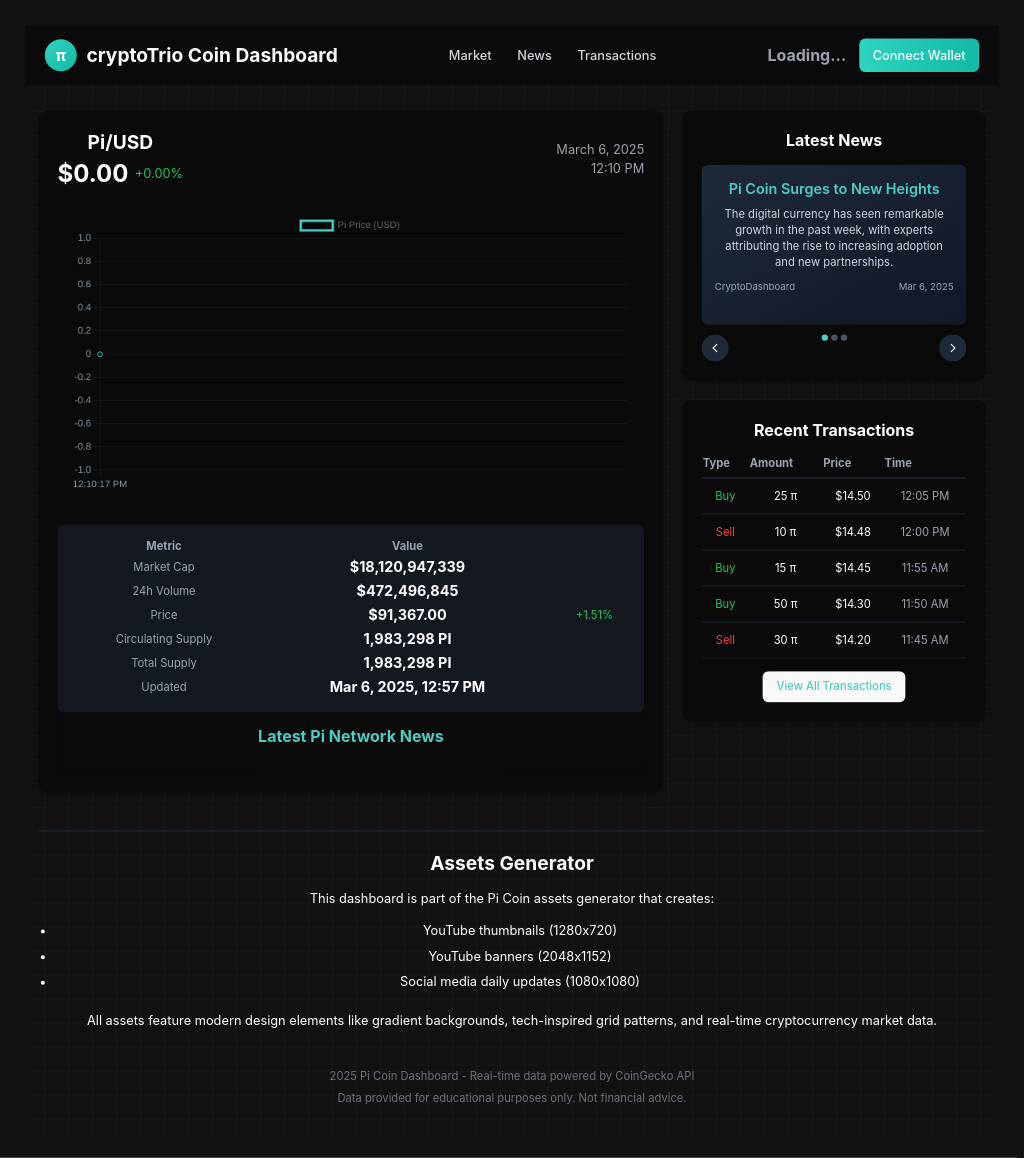
Repository: Freezler/pi-coin-dashboard
Page: /
The author's editor kept a copy of each file at every save. The page is drawn from the files as they stood at one save, then again after the next save.
The browser window is 1280 px wide. The pictures show the whole page, at 80% of full size.
The page's requests for data from a server got no answer. The project was rebuilt for these pictures with package versions that can differ from the ones it lists, and the page was loaded fresh each time. No one was signed in, and anything a server would have sent is missing. Also part of the build but not shown: svelte.config.js, vite.config.js.

Above is the page before, as saved 2025-03-06 14:02:25.

### src/app.css
@tailwind base;
@tailwind components;
@tailwind utilities;

:root {
  font-family: system-ui, Avenir, Helvetica, Arial, sans-serif;
  line-height: 1.5;
  font-weight: 400;

  color-scheme: light dark;
  color: rgba(255, 255, 255, 0.87);
  background-color: #242424;

  font-synthesis: none;
  text-rendering: optimizeLegibility;
  -webkit-font-smoothing: antialiased;
  -moz-osx-font-smoothing: grayscale;
}

a {
  font-weight: 500;
  color: #646cff;
  text-decoration: inherit;
}
a:hover {
  color: #535bf2;
}

body {
  margin: 0;
  display: flex;
  place-items: center;
  min-width: 320px;
  min-height: 100vh;
  background-color: theme('colors.pi-dark');
  color: white;
  font-family: 'Inter', sans-serif;
}

h1 {
  font-size: 3.2em;
  line-height: 1.1;
}

.card {
  padding: 2em;
}

#app {
  max-width: 1280px;
  margin: 0 auto;
  padding: 2rem;
  text-align: center;
}

button {
  border-radius: 8px;
  border: 1px solid transparent;
  padding: 0.6em 1.2em;
  font-size: 1em;
  font-weight: 500;
  font-family: inherit;
  background-color: #1a1a1a;
  cursor: pointer;
  transition: border-color 0.25s;
}
button:hover {
  border-color: #646cff;
}
button:focus,
button:focus-visible {
  outline: 4px auto -webkit-focus-ring-color;
}

.grid-pattern {
  background-image:
    linear-gradient(rgba(255, 255, 255, 0.05) 1px, transparent 1px),
    linear-gradient(90deg, rgba(255, 255, 255, 0.05) 1px, transparent 1px);
  background-size: 20px 20px;
}

@media (prefers-color-scheme: light) {
  :root {
    color: #213547;
    background-color: #ffffff;
  }
  a:hover {
    color: #747bff;
  }
  button {
    background-color: #f9f9f9;
  }
}

### src/App.svelte
<script>
  import { onMount } from 'svelte';
  import Navbar from './components/Navbar.svelte';
  import Dashboard from './components/Dashboard.svelte';

  let currentDate = new Date().toLocaleDateString('en-US', {
    month: 'long',
    day: 'numeric',
    year: 'numeric'
  });
  let currentTime = new Date().toLocaleTimeString('en-US', {
    hour: 'numeric',
    minute: '2-digit',
    hour12: true
  });
  let piPrice = 0;
  let change24h = 0;
  let loading = true;
  let data;

  // Update price and market data
  async function updatePriceData() {
    const response = await fetch('https://api.coingecko.com/api/v3/simple/price?ids=pi-network&vs_currencies=usd');
    if (response.ok) {
      const result = await response.json();
      data = result['pi-network'];
      piPrice = data.usd;
      // Note: The CoinGecko API does not provide 24h price change percentage for Pi Network
      // You may need to use a different API or calculate it manually
      change24h = 0;
    } else {
      console.error('Failed to fetch data');
    }
    loading = false;
  }

  // Update time every minute
  onMount(() => {
    updatePriceData();

    // Update price every 60 seconds
    const priceTimer = setInterval(updatePriceData, 60000);

    // Update time every minute
    const timeTimer = setInterval(() => {
      const now = new Date();
      currentTime = now.toLocaleTimeString('en-US', {
        hour: 'numeric',
        minute: '2-digit',
        hour12: true
      });
    }, 60000);

    // Update data every 5 minutes
    const dataTimer = setInterval(updatePriceData, 5 * 60 * 1000);

    return () => {
      clearInterval(timeTimer);
      clearInterval(priceTimer);
      clearInterval(dataTimer);
    };
  });
</script>

<main class="min-h-screen bg-pi-dark text-white">
  <div class="grid-pattern">
    <Navbar {piPrice} {change24h} {loading} />
    <div class="container mx-auto px-4 py-8">
      <Dashboard
        {currentDate}
        {currentTime}
        {piPrice}
        {change24h}
      />

      <div class="mt-12 pt-6 border-t border-gray-800">
        <h2 class="text-2xl font-bold mb-4">Assets Generator</h2>
        <p class="mb-4">
          This dashboard is part of the Pi Coin assets generator that creates:
        </p>
        <ul class="list-disc pl-5 space-y-2 mb-6">
          <li>YouTube thumbnails (1280x720)</li>
          <li>YouTube banners (2048x1152)</li>
          <li>Social media daily updates (1080x1080)</li>
        </ul>
        <p>
          All assets feature modern design elements like gradient backgrounds, tech-inspired grid patterns, and real-time cryptocurrency market data.
        </p>
      </div>

      <footer class="mt-12 text-center text-gray-500 text-sm">
        <p> 2025 Pi Coin Dashboard - Real-time data powered by CoinGecko API</p>
        <p class="mt-2 text-sm">Data provided for educational purposes only. Not financial advice.</p>
      </footer>
    </div>
  </div>
</main>

<style>
  .grid-pattern {
    background-color: #121212;
    background-image:
      linear-gradient(rgba(52, 211, 153, 0.05) 1px, transparent 1px),
      linear-gradient(90deg, rgba(52, 211, 153, 0.05) 1px, transparent 1px);
    background-size: 30px 30px;
    background-position: center center;
  }

  :global(body) {
    background-color: #121212;
    margin: 0;
    font-family: -apple-system, BlinkMacSystemFont, "Segoe UI", Roboto, Helvetica, Arial, sans-serif;
  }

  :global(:root) {
    --pi-dark: #121212;
    --pi-darker: #0a0a0a;
    --pi-teal: #4ECDC4;
  }
</style>

### src/components/Navbar.svelte
<script>
  export let piPrice;
  export let change24h;
  export let loading = false;

  // Calculate the color based on positive or negative change
  $: changeColor = change24h >= 0 ? "text-green-500" : "text-red-500";
  $: changeSign = change24h >= 0 ? "+" : "";
</script>

<nav class="bg-pi-darker py-4 px-6 shadow-lg">
  <div class="container mx-auto flex justify-between items-center">
    <div class="flex items-center">
      <div
        class="w-10 h-10 bg-gradient-to-br from-teal-400 to-teal-500 rounded-full flex items-center justify-center mr-3"
      >
        <span class="text-white font-bold text-xl">π</span>
      </div>
      <h1 class="text-2xl font-bold text-white">cryptoTrio Coin Dashboard</h1>
    </div>

    <div class="hidden md:flex items-center space-x-8">
      <a href="#market" class="text-gray-300 hover:text-white transition-colors"
        >Market</a
      >
      <a href="#news" class="text-gray-300 hover:text-white transition-colors"
        >News</a
      >
      <a
        href="#transactions"
        class="text-gray-300 hover:text-white transition-colors">Transactions</a
      >
    </div>

    <div class="flex items-center">
      {#if loading}
        <div class="mr-2 md:mr-4">
          <p class="text-lg md:text-xl font-bold text-gray-400">Loading...</p>
        </div>
      {:else}
        <div class="mr-2 md:mr-4">
          <p class="text-lg md:text-xl font-bold">
            ${typeof piPrice === "number" ? piPrice.toFixed(2) : piPrice}
          </p>
          <p class="text-sm {changeColor}">
            {changeSign}{typeof change24h === "number"
              ? change24h.toFixed(2)
              : change24h}%
          </p>
        </div>
      {/if}
      <button
        class="bg-gradient-to-r from-teal-400 to-teal-500 hover:bg-opacity-90 text-white px-4 py-2 rounded-lg transition-colors"
      >
        Connect Wallet
      </button>
    </div>
  </div>
</nav>

### src/components/Dashboard.svelte
<script>
  import Chart from "chart.js/auto";
  import { onMount } from "svelte";
  import MarketStats from "./MarketStats.svelte";
  import NewsCarousel from "./NewsCarousel.svelte";
  import TransactionsTable from "./TransactionsTable.svelte";

  export let currentDate;
  export let currentTime;
  let piPrice = 0;
  let chart;
  let priceHistory = []; // Array voor historische data

  async function fetchPiPrice() {
    try {
      const response = await fetch(
        "https://api.coingecko.com/api/v3/simple/price?ids=pi-network&vs_currencies=usd",
      );
      const data = await response.json();
      piPrice = data["pi-network"].usd;

      // Voeg nieuwe prijs toe aan geschiedenis
      priceHistory.push({
        time: new Date(),
        price: piPrice,
      });

      // Behoud alleen data van laatste uur
      const oneHourAgo = new Date(Date.now() - 60 * 60 * 1000);
      priceHistory = priceHistory.filter((item) => item.time > oneHourAgo);
    } catch (error) {
      console.error("Error fetching Pi price:", error);
    }
  }

  onMount(async () => {
    await fetchPiPrice();

    const ctx = document.getElementById("piChart");
    if (ctx instanceof HTMLCanvasElement) {
      chart = new Chart(ctx, {
        type: "line",
        data: {
          labels: [new Date().toLocaleTimeString()],
          datasets: [
            {
              label: "Pi Price (USD)",
              data: [piPrice],
              borderColor: "#4ECDC4",
              tension: 0.4,
              fill: false,
            },
          ],
        },
        options: {
          responsive: true,
          scales: {
            y: {
              beginAtZero: false,
              grid: {
                color: "rgba(138, 156, 170, 0.1)",
              },
              ticks: {
                color: "#8a9caa",
              },
            },
            x: {
              grid: {
                color: "rgba(138, 156, 170, 0.1)",
              },
              ticks: {
                color: "#8a9caa",
                maxTicksLimit: 6, // Toon maximaal 6 tijdlabels
              },
            },
          },
        },
      });

      // Update elke minuut
      setInterval(async () => {
        await fetchPiPrice();
        updateChart();
      }, 60000);
    }
  });

  function updateChart() {
    chart.data.labels = priceHistory.map((item) =>
      item.time.toLocaleTimeString(),
    );
    chart.data.datasets[0].data = priceHistory.map((item) => item.price);
    chart.update();
  }
</script>

<div class="grid grid-cols-1 lg:grid-cols-3 gap-6">
  <!-- Main Chart Section -->
  <div class="lg:col-span-2 bg-pi-darker rounded-xl p-6 shadow-lg" id="market">
    <div class="flex justify-between items-center mb-4">
      <div>
        <h2 class="text-2xl font-bold">Pi/USD</h2>
        <div class="flex items-center mt-1">
          <span class="text-3xl font-bold mr-2"
            >${typeof piPrice === "number" ? piPrice.toFixed(2) : piPrice}</span
          >
          <span class={piPrice >= 0 ? "text-green-500" : "text-red-500"}>
            {piPrice >= 0 ? "+" : ""}{typeof piPrice === "number"
              ? piPrice.toFixed(2)
              : piPrice}%
          </span>
        </div>
      </div>
      <div class="text-right text-gray-400">
        <div>{currentDate}</div>
        <div>{currentTime}</div>
      </div>
    </div>

    <div class="w-full p-4">
      <canvas id="piChart"></canvas>
    </div>

    <div class="mt-6">
      <MarketStats />
    </div>
  </div>

  <!-- Right Column -->
  <div class="space-y-6">
    <!-- News Section -->
    <div class="bg-pi-darker rounded-xl p-6 shadow-lg" id="news">
      <h2 class="text-xl font-bold mb-4">Latest News</h2>
      <NewsCarousel />
    </div>

    <!-- Transactions Section -->
    <div class="bg-pi-darker rounded-xl p-6 shadow-lg" id="transactions">
      <h2 class="text-xl font-bold mb-4">Recent Transactions</h2>
      <TransactionsTable />
    </div>
  </div>
</div>

### src/components/MarketStats.svelte
<script>
  import { onMount } from "svelte";
  import { fetchCoinData } from "../services/coinGeckoService.js";

  let marketData = [];
  let loading = true;

  let news = [];

  // Format large numbers with commas
  function formatNumber(num) {
    return num.toString().replace(/\B(?=(\d{3})+(?!\d))/g, ",");
  }

  // Update market data with real data
  async function updateMarketData() {
    loading = true;
    const data = await fetchCoinData();

    if (data) {
      marketData = [
        {
          label: "Market Cap",
          value: `$${formatNumber(data.market_cap)}`,
        },
        {
          label: "24h Volume",
          value: `$${formatNumber(data.total_volume)}`,
        },
        {
          label: "Price",
          value: `$${data.current_price}`,
          change: parseFloat(data.price_change_percentage_24h),
        },
        {
          label: "Circulating Supply",
          value: `${formatNumber(data.circulating_supply)} PI`,
        },
        {
          label: "Total Supply",
          value: `${formatNumber(data.total_supply)} PI`,
        },
        {
          label: "Updated",
          value: new Date().toLocaleString("en-US", {
            month: "short",
            day: "numeric",
            year: "numeric",
            hour: "2-digit",
            minute: "2-digit",
          }),
        },
      ];
    } else {
      // Fallback data if API fails
      marketData = [
        { label: "Market Cap", value: "$18,120,947,339" },
        { label: "24h Volume", value: "$472,496,845" },
        { label: "Price", value: "$91,367.00", change: 1.51 },
        { label: "Circulating Supply", value: "1,983,298 PI" },
        { label: "Total Supply", value: "1,983,298 PI" },
        { label: "Updated", value: "Mar 6, 2025, 12:57 PM" },
      ];
    }

    loading = false;
  }

  onMount(() => {
    updateMarketData();

    // Update market data every 60 seconds
    const interval = setInterval(updateMarketData, 60000);

    return () => {
      clearInterval(interval);
    };
  });

  onMount(async () => {
    try {
      // We gebruiken een specifieke zoekquery voor Pi Network nieuws
      const response = await fetch(
        'https://newsapi.org/v2/everything?q="Pi+Network"+OR+"Pi+Coin"&sortBy=publishedAt&apiKey=YOUR_API_KEY',
      );
      const data = await response.json();
      news = data.articles.slice(0, 5); // Alleen de laatste 5 nieuwsberichten
    } catch (error) {
      console.error("Error fetching news:", error);
    }
  });
</script>

<div class="grid grid-cols-2 gap-4">
  {#if loading}
    <div class="col-span-2 text-center text-gray-400">
      Loading market data...
    </div>
  {:else}
    <div class="bg-gray-800 bg-opacity-50 p-4 rounded-lg col-span-2">
      <table class="w-full">
        <thead>
          <tr>
            <th class="text-gray-400 text-sm">Metric</th>
            <th class="text-gray-400 text-sm">Value</th>
          </tr>
        </thead>
        <tbody>
          {#each marketData as item}
            <tr>
              <td class="text-gray-400 text-sm">{item.label}</td>
              <td class="text-lg font-bold mt-1">{item.value}</td>
              {#if item.change !== undefined}
                <td
                  class={item.change >= 0
                    ? "text-green-500 text-sm"
                    : "text-red-500 text-sm"}
                >
                  {item.change >= 0 ? "+" : ""}{item.change}%
                </td>
              {/if}
            </tr>
          {/each}
        </tbody>
      </table>
    </div>
  {/if}
</div>

<div class="bg-pi-darker p-4 rounded-lg">
  <h2 class="text-xl font-bold mb-4 text-pi-teal">Latest Pi Network News</h2>
  <div class="space-y-4">
    {#each news as article}
      <a
        href={article.url}
        target="_blank"
        rel="noopener noreferrer"
        class="block p-3 bg-pi-dark rounded hover:bg-opacity-80 transition-colors"
      >
        <h3 class="font-semibold text-white">{article.title}</h3>
        <p class="text-pi-light-blue text-sm mt-1">
          {new Date(article.publishedAt).toLocaleDateString()}
        </p>
      </a>
    {/each}
  </div>
</div>

### src/components/TransactionsTable.svelte
<script>
  import { onMount } from 'svelte';
  import { fetchCoinData, generateTransactions } from '../services/coinGeckoService.js';

  let transactions = [];
  let loading = true;

  // Format time to display
  function formatTime(isoString) {
    const date = new Date(isoString);
    return date.toLocaleTimeString('en-US', {
      hour: '2-digit',
      minute: '2-digit'
    });
  }

  // Update transactions with real price data
  async function updateTransactions() {
    loading = true;
    const coinData = await fetchCoinData();

    if (coinData) {
      transactions = generateTransactions(parseFloat(coinData.current_price))
        .map(tx => ({
          ...tx,
          time: formatTime(tx.time)
        }));
    } else {
      // Fallback data if API fails
      const now = new Date();
      transactions = [
        { type: 'buy', amount: 25, price: 14.50, time: formatTime(new Date(now - 1000 * 60 * 5).toISOString()) },
        { type: 'sell', amount: 10, price: 14.48, time: formatTime(new Date(now - 1000 * 60 * 10).toISOString()) },
        { type: 'buy', amount: 15, price: 14.45, time: formatTime(new Date(now - 1000 * 60 * 15).toISOString()) },
        { type: 'buy', amount: 50, price: 14.30, time: formatTime(new Date(now - 1000 * 60 * 20).toISOString()) },
        { type: 'sell', amount: 30, price: 14.20, time: formatTime(new Date(now - 1000 * 60 * 25).toISOString()) }
      ];
    }

    loading = false;
  }

  onMount(() => {
    updateTransactions();

    // Update transactions every 30 seconds
    const interval = setInterval(updateTransactions, 30000);

    return () => {
      clearInterval(interval);
    };
  });
</script>

<div class="overflow-x-auto relative">
  {#if loading}
    <div class="absolute inset-0 flex items-center justify-center bg-pi-dark bg-opacity-70 z-10">
      <div class="text-pi-teal">Loading transactions...</div>
    </div>
  {/if}

  <table class="min-w-full">
    <thead>
      <tr class="text-left text-gray-400 text-sm border-b border-gray-700">
        <th class="pb-2">Type</th>
        <th class="pb-2">Amount</th>
        <th class="pb-2">Price</th>
        <th class="pb-2">Time</th>
      </tr>
    </thead>
    <tbody>
      {#each transactions as tx}
        <tr class="border-b border-gray-800 text-sm">
          <td class="py-3">
            <span class={tx.type === 'buy' ? 'text-green-500' : 'text-red-500'}>
              {tx.type === 'buy' ? 'Buy' : 'Sell'}
            </span>
          </td>
          <td class="py-3">{tx.amount} π</td>
          <td class="py-3">${typeof tx.price === 'number' ? tx.price.toFixed(2) : tx.price}</td>
          <td class="py-3 text-gray-400">{tx.time}</td>
        </tr>
      {/each}
    </tbody>
  </table>
</div>

<div class="text-center mt-4">
  <button class="text-pi-teal hover:underline text-sm">
    View All Transactions
  </button>
</div>

Loaded but not shown: index.html (common file); src/main.js (common file); src/services/coinGeckoService.js (114 lines, source omitted); tailwind.config.js (16 lines, source omitted); src/components/NewsCarousel.svelte (133 lines, source omitted)

After the next save:
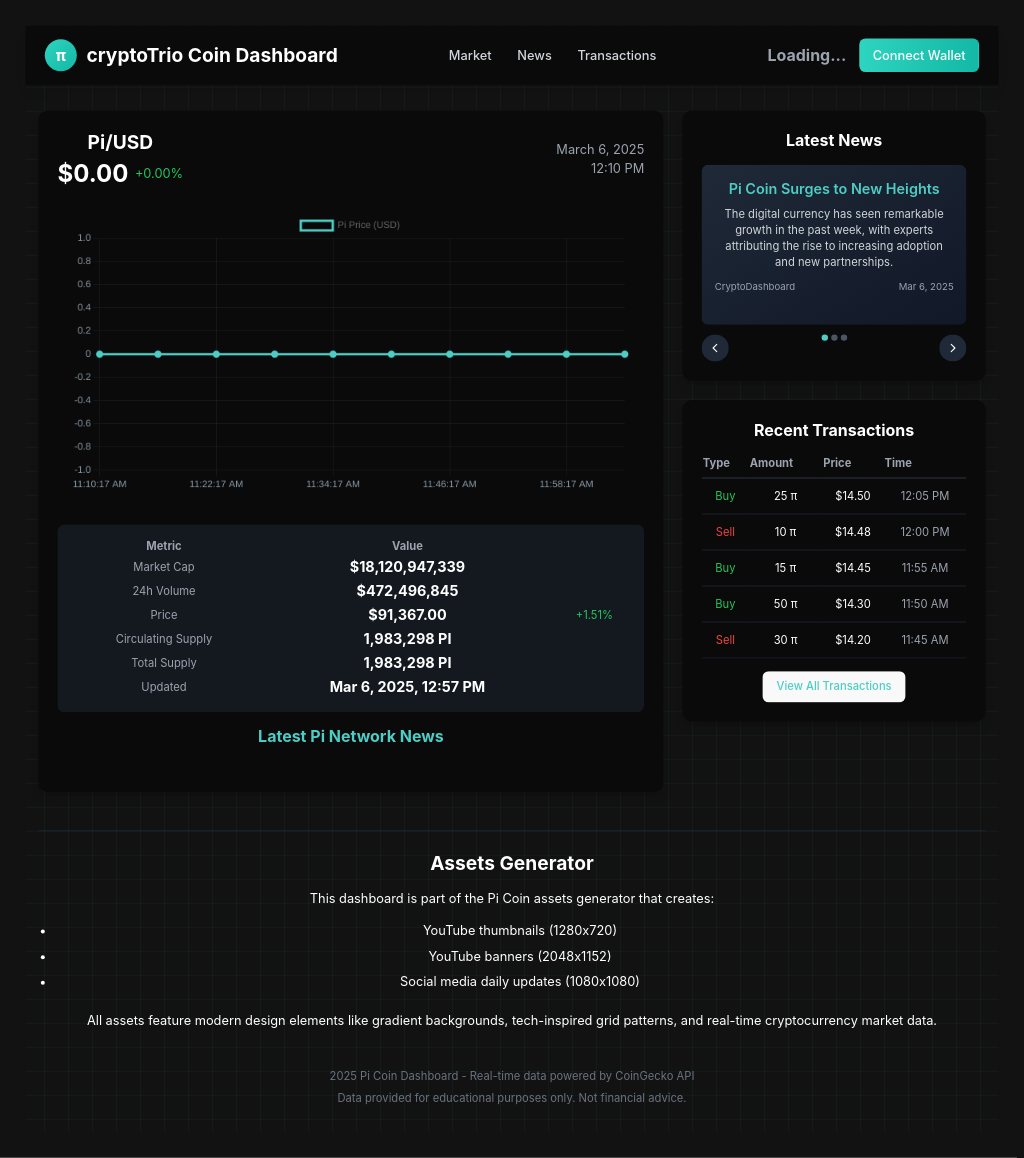
Saved 10 min 30 s later.
--- a/src/components/Dashboard.svelte
+++ b/src/components/Dashboard.svelte
@@ -36,24 +36,42 @@
   onMount(async () => {
     await fetchPiPrice();
 
+    // Voeg wat dummy historische data toe voor een zichtbare lijn
+    const now = new Date();
+    for (let i = 10; i > 0; i--) {
+      const time = new Date(now.getTime() - i * 6 * 60000); // 6 minuten terug per punt
+      // Genereer een willekeurige prijs rond de huidige prijs (voor demo)
+      const randomPrice = piPrice * (0.95 + Math.random() * 0.1);
+      priceHistory.push({
+        time: time,
+        price: randomPrice,
+      });
+    }
+
     const ctx = document.getElementById("piChart");
     if (ctx instanceof HTMLCanvasElement) {
       chart = new Chart(ctx, {
         type: "line",
         data: {
-          labels: [new Date().toLocaleTimeString()],
+          labels: priceHistory.map((item) => item.time.toLocaleTimeString()),
           datasets: [
             {
               label: "Pi Price (USD)",
-              data: [piPrice],
+              data: priceHistory.map((item) => item.price),
               borderColor: "#4ECDC4",
+              borderWidth: 3,
               tension: 0.4,
               fill: false,
+              pointRadius: 3,
+              pointBackgroundColor: "#4ECDC4",
             },
           ],
         },
         options: {
           responsive: true,
+          animation: {
+            duration: 1000,
+          },
           scales: {
             y: {
               beginAtZero: false,
@@ -70,18 +88,18 @@
               },
               ticks: {
                 color: "#8a9caa",
-                maxTicksLimit: 6, // Toon maximaal 6 tijdlabels
+                maxTicksLimit: 6,
               },
             },
           },
         },
       });
 
-      // Update elke minuut
+      // Update vaker voor een meer realtime ervaring
       setInterval(async () => {
         await fetchPiPrice();
         updateChart();
-      }, 60000);
+      }, 10000); // Update elke 10 seconden
     }
   });
 
